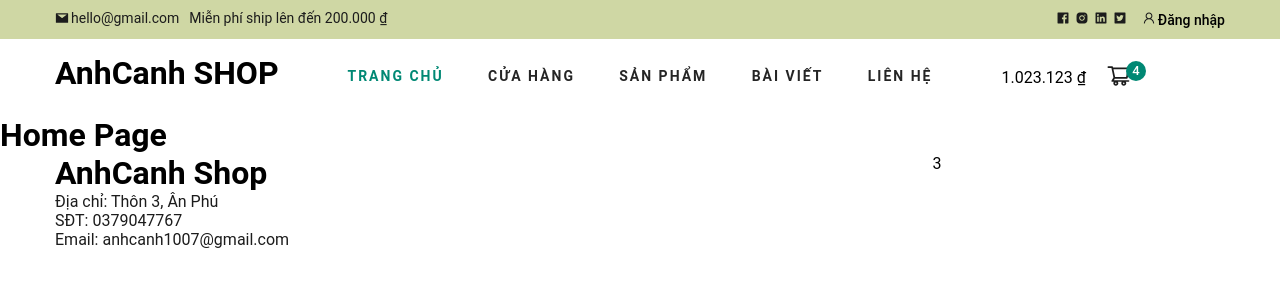
Repository: anhcanh1007/show_product
Page: /
An editor plug-in stored every save of this project. The page is shown before and after a run of saves, followed by the edit.
The browser window is 1280 px wide. The pictures show the whole page.
The project was rebuilt for these pictures with package versions that can differ from the ones it lists, and the page was loaded fresh each time. Imported but missing from the stored project, and not drawn on this page: src/pages/user/profilePage.

Above is the page before, as saved 2024-01-26 14:47:06.

After the next 3 saves:
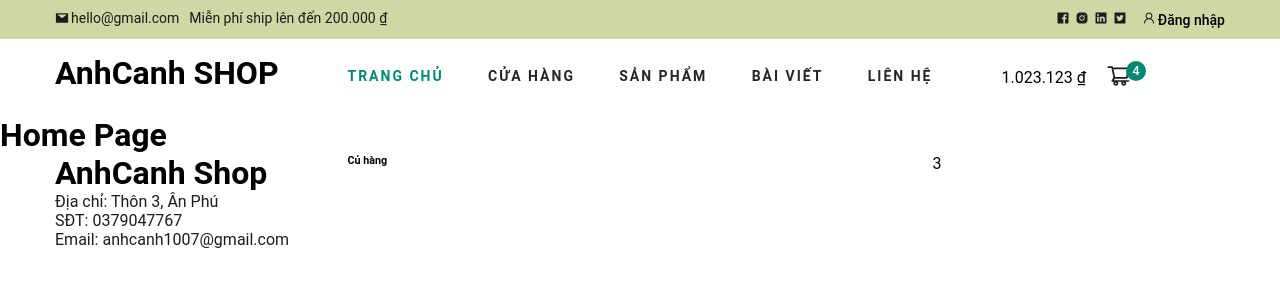
The 3 saves are shown as one change because they came seconds apart.
The last was saved 11 s later.
--- a/src/pages/user/theme/footer/index.js
+++ b/src/pages/user/theme/footer/index.js
@@ -19,7 +19,7 @@ const Footer = () => {
             </div>
             <div className="col-lg-6">
               <div className="footer__widget">
-
+                <h6>Củ hàng</h6>
               </div>
             </div>
             <div className="col-lg-3">3</div>
